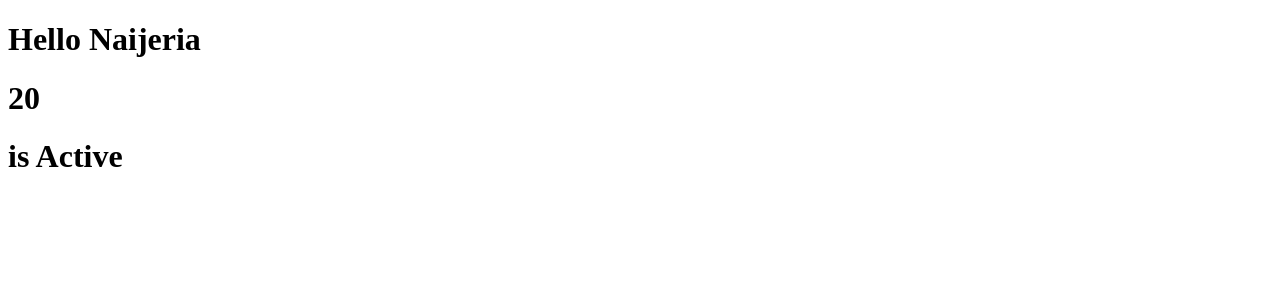
Repository: nashthecoder/vuebasics
Page: string-interpolation.html
These files come from the project's save history. The page is drawn as it stood at one moment and after the next save; the edit follows.
The browser window is 1280 px wide. The pictures show the whole page.

Above is the page before, as saved 2021-01-05 15:13:04.

### string-interpolation.html

<!DOCTYPE html>
<html lang="en">

<div id="app">


  <h1>{{ message }}</h1>
  <h1>{{ number + 10 }}</h1>
  <h1>{{ isActive ? 'is Active' : 'is Not Active'}}</h1>


</div>

<script src="https://cdn.jsdelivr.net/npm/vue@2/dist/vue.js"></script>


<script>

  let vm = new Vue({

    el: '#app',
    data: {

      message: 'Hello Naijeria',
      number: 10,
      isActive: true
    }

  })

</script>

After the next save:
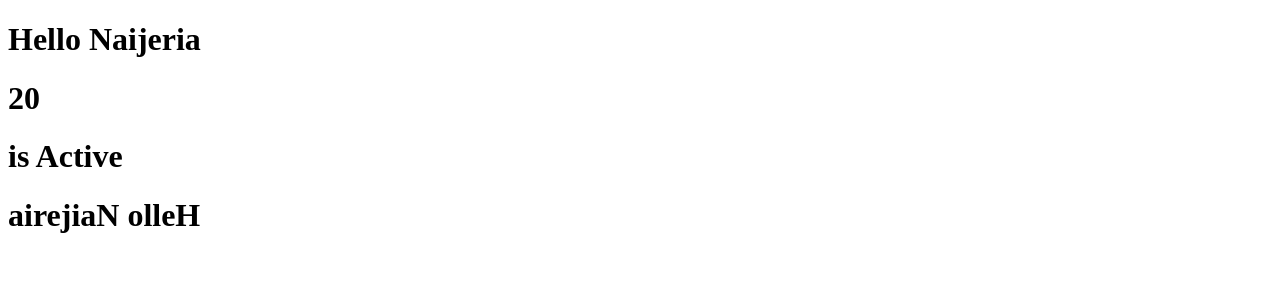
Saved 2 min 9 s later.
--- a/string-interpolation.html
+++ b/string-interpolation.html
@@ -8,6 +8,7 @@
   <h1>{{ message }}</h1>
   <h1>{{ number + 10 }}</h1>
   <h1>{{ isActive ? 'is Active' : 'is Not Active'}}</h1>
+  <h1>{{ message.split('').reverse('').join('')}}</h1>
 
 
 </div>
